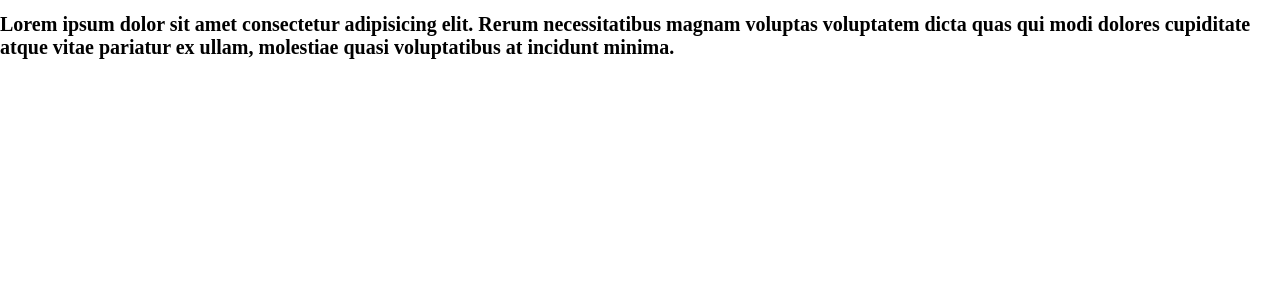
Repository: 0385246651/Shoppee-UI
Page: index.html
These files come from the project's save history. The page is drawn as it stood at one moment and after a run of saves; the edit follows.
The browser window is 1280 px wide. The pictures show the whole page.

Above is the page before, as saved 2022-11-03 16:24:29.

### index.html
<!DOCTYPE html>
<html lang="en">

<head>
    <meta charset="UTF-8">
    <meta http-equiv="X-UA-Compatible" content="IE=edge">
    <meta name="viewport" content="width=device-width, initial-scale=1.0">
    <title>Shoppee Fake</title>
    <link rel="stylesheet" href="https://cdnjs.cloudflare.com/ajax/libs/normalize/8.0.1/normalize.min.css"
        integrity="sha512-NhSC1YmyruXifcj/KFRWoC561YpHpc5Jtzgvbuzx5VozKpWvQ+4nXhPdFgmx8xqexRcpAglTj9sIBWINXa8x5w=="
        crossorigin="anonymous" referrerpolicy="no-referrer" />
    <link rel="stylesheet" href="./assets/css/base.css">
    <link rel="stylesheet" href="./assets/css/main.css">
</head>

<body>
    <h1>Lorem ipsum dolor sit amet consectetur adipisicing elit. Rerum necessitatibus magnam voluptas voluptatem dicta
        quas qui modi dolores cupiditate atque vitae pariatur ex ullam, molestiae quasi voluptatibus at incidunt minima.
    </h1>
</body>

</html>

### assets/css/base.css
/* Reset CSS */
:root{
    --white-color: #fff;
    --black-color: #000;
    ---text-color: #333;
}

*{
    box-sizing: inherit;

}

html{
    /* 16px */
    font-size: 62.5%;
}

body{

}

Loaded but not shown: assets/css/main.css (no copy from this time; the picture is the same without it)

After the next 2 saves:
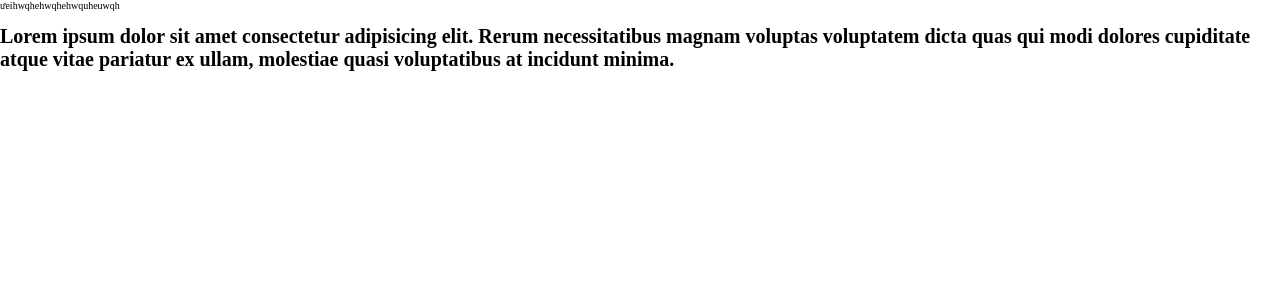
The 2 saves are shown as one change because they came seconds apart.
The last was saved 9 min 29 s later.
--- a/index.html
+++ b/index.html
@@ -12,6 +12,7 @@
     <link rel="stylesheet" href="./assets/css/base.css">
     <link rel="stylesheet" href="./assets/css/main.css">
 </head>
+ưeihwqhehwqhehwquheuwqh
 
 <body>
     <h1>Lorem ipsum dolor sit amet consectetur adipisicing elit. Rerum necessitatibus magnam voluptas voluptatem dicta
